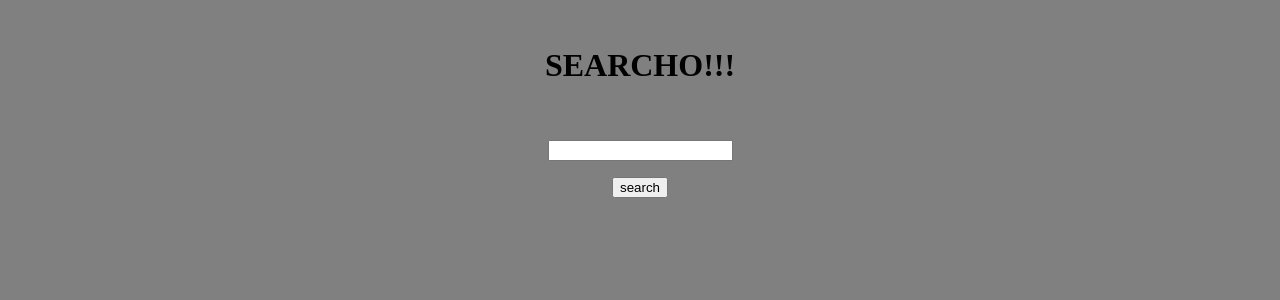
Repository: talkgunish/JAVA-WORLD
Page: advance_java/my_eclipse_java_proj/cookie_session/Search_on_google/WebContent/search_page.html
These files come from the project's save history. The page is drawn as it stood at one moment and after the next save; the edit follows.
The browser window is 1280 px wide. The pictures show the whole page.

Above is the page before, as saved 2018-06-19 17:40:54.

After the next save:
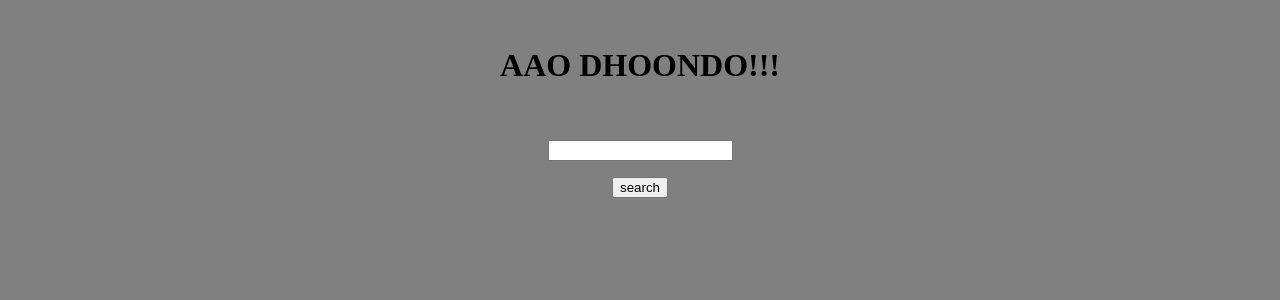
Saved 9 h 7 min later.
--- a/advance_java/my_eclipse_java_proj/cookie_session/Search_on_google/WebContent/search_page.html
+++ b/advance_java/my_eclipse_java_proj/cookie_session/Search_on_google/WebContent/search_page.html
@@ -6,7 +6,7 @@
 </head>
 <body bgcolor="grey" align="center">
 <form action="go" method="post">
-<br><h1 align="center">SEARCHO!!!</h1><br>
+<br><h1 align="center">AAO DHOONDO!!!</h1><br>
 <p align="center"><input type="text" name="search"></p>
 <p align="center"><input type="submit" value="search"> </p>
 </form>
